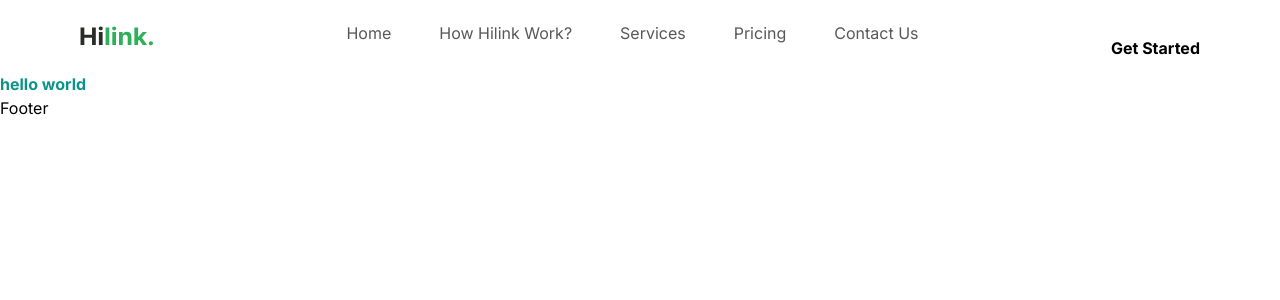
Repository: martin-raphael/travel_agency
Page: /
The author's editor kept a copy of each file at every save. The page is drawn from the files as they stood at one save, then again after the next save.
The browser window is 1280 px wide. The pictures show the whole page.
The project was rebuilt for these pictures with package versions that can differ from the ones it lists, and the page was loaded fresh each time. The framework's server and built-in components were replaced by stand-ins that run in the browser. Also part of the build but not shown: next.config.mjs.

Above is the page before, as saved 2024-08-08 17:11:25.

### app/layout.tsx
import type { Metadata } from "next";
import Navbar from "@/components/Navbar";
import Footer from "@/components/Footer";
import "./globals.css";

export const metadata: Metadata = {
  title: "Travel App",
  description: "Beauty of Nature",
};

export default function RootLayout({
  children,
}: Readonly<{
  children: React.ReactNode;
}>) {
  return (
    <html lang="en">
      <body>
        <Navbar />
        <main className="relative overflow-hidden">{children}</main>
        <Footer />
      </body>
    </html>
  );
}

### app/page.tsx
export default function Home() {
  return (
  <h1 className="font-bold text-teal-600">
    hello world
    </h1>
  );
}

### components/Navbar.tsx
import { NAV_LINKS } from "@/constants";
import Image from "next/image";
import Link from "next/link";
import React from "react";
import Button from "./button";

const Navbar = () => {
  return (
    <nav className=" flexBetween max-container padding-container relative z-30 py-3">
        <Link href="/">
        <Image src="/hilink-logo.svg" alt="logo" width={74} height={29}/>
        </Link>
        <ul className="hidden h-full gap-12 lg:flex">

           {NAV_LINKS.map((link) =>(
               <Link href={link.href} key={link.key} className="regular-16 text-gray-50 flexCenter cursor-pointer pb-1.5 transition-all hover:font-bold">
                   {link.label}
               </Link>
           ))}

       </ul>

       <div className=" lg:flexCenter hidden">
        <Button
        type="button"
        title="Get Started"
        icon="/user.svg"
        variant="btn_dark_green"/>
       </div>
    </nav>
  );
};

export default Navbar;

### components/button.tsx
import Image from 'next/image';
import React from 'react'

type ButtonProps = {
    type: 'button'| 'submit';
    title: string;
    icon?: string;
    variant?: 'btn_dark_green' ;
}

const Button = ({type, title, icon, variant}: ButtonProps) => {
  return (
    <button type={type} >
        {icon && <Image src={icon} alt={title} width={24} height={24}/>}
        <label className='bold-16 whitespace-nowrap'>{title}</label>
    </button>
  )
}

export default Button

Loaded but not shown: components/Footer.tsx (common file); app/globals.css (common file); constants/index.ts (common file); tailwind.config.ts (common file)

After the next save:
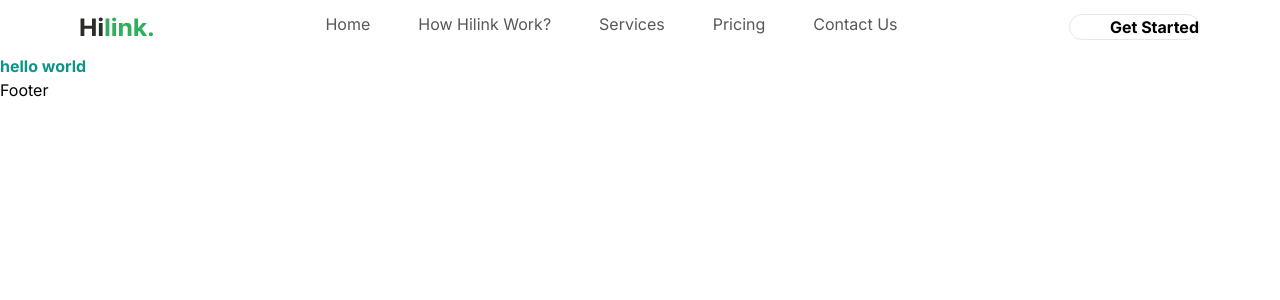
Saved 3 min 42 s later.
--- a/components/button.tsx
+++ b/components/button.tsx
@@ -10,7 +10,8 @@ type ButtonProps = {
 
 const Button = ({type, title, icon, variant}: ButtonProps) => {
   return (
-    <button type={type} >
+    <button className={`flexCenter gap-4 rounded-full border &{variant}`}
+     type={type} >
         {icon && <Image src={icon} alt={title} width={24} height={24}/>}
         <label className='bold-16 whitespace-nowrap'>{title}</label>
     </button>
